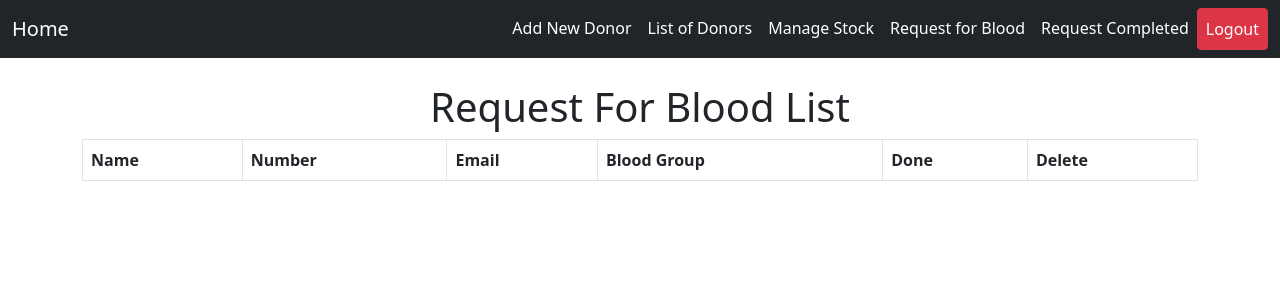
Repository: kshitizJ/Blood-Bank-Management-System-in-jsp
Page: http://localhost/Blood_Bank_Management_System/requestCompleted.jsp
The author's editor kept a copy of each file at every save. The page is drawn from the files as they stood at one save, then again after the next save.
The browser window is 1280 px wide. The pictures show the whole page.
The page is served by Tomcat 9. Queries for data that is not in the repository find no rows.

Above is the page before, as saved 2021-04-28 14:34:38.

After the next save:
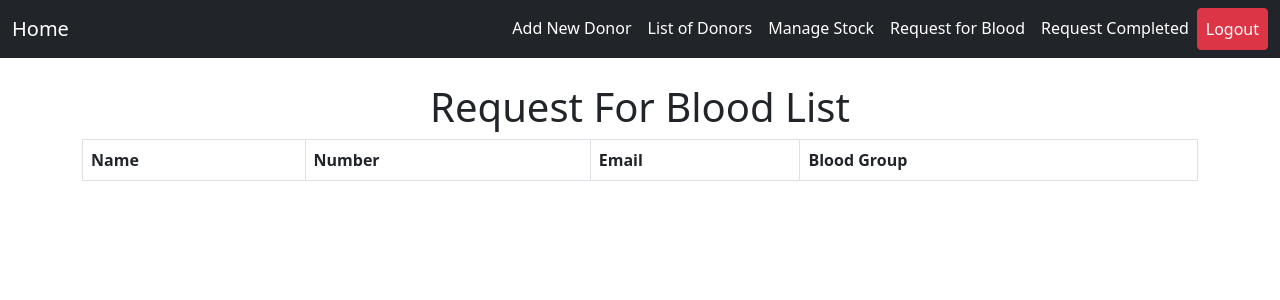
Saved 9 s later.
--- a/Blood Bank Management System/WebContent/requestCompleted.jsp
+++ b/Blood Bank Management System/WebContent/requestCompleted.jsp
@@ -26,8 +26,6 @@
 							<th scope="col">Number</th>
 							<th scope="col">Email</th>
 							<th scope="col">Blood Group</th>
-							<th scope="col">Done</th>
-							<th scope="col">Delete</th>
 						</tr>
 					</thead>
 					<tbody>
@@ -43,10 +41,6 @@
 							<td><%=rs.getString(2)%></td>
 							<td><%=rs.getString(3)%></td>
 							<td><%=rs.getString(4)%></td>
-							<td><a class="btn btn-primary"
-								href="requestForBloodDone.jsp?number=<%=rs.getString(2)%>">Done</a></td>
-							<td><a class="btn btn-danger"
-								href="requestForBloodDelete.jsp?number=<%=rs.getString(2)%>">Delete</a></td>
 						</tr>
 						<%
 							}
